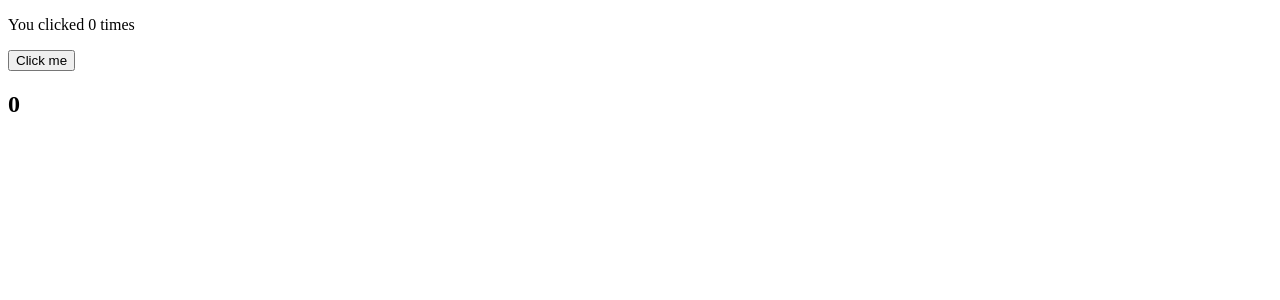
Repository: ArtemisWang/react-hooks
Page: /
An editor plug-in stored every save of this project. The page is shown before and after the next save, followed by the edit.
The browser window is 1280 px wide. The pictures show the whole page.
The project was rebuilt for these pictures with package versions that can differ from the ones it lists, and the page was loaded fresh each time.

Above is the page before, as saved 2020-02-21 20:21:42.

### src/index.js
import React from 'react';
import ReactDOM from 'react-dom';
import Example4 from './Example4'


ReactDOM.render(<Example4 />, document.getElementById('root'));

### src/Example4.js
import React, { useState, createContext, useContext } from 'react';

const CountContext=createContext()

function Counter(){
    let count= useContext(CountContext)
    return <h2>{count}</h2>
}

function Example4(){
    const [count, setCount]=useState(0) // 数组解构

    return (
        <div>
            <p>You clicked {count} times</p>
            <button onClick={()=>setCount(count+1)}>Click me</button>
            <CountContext.Provider value={count}>
                <Counter/>
            </CountContext.Provider>
        </div>
    )
}

export default Example4;

### src/Example5.js
import React, { useReducer } from 'react';

function ReducerDemo(){
    const [count, dispatch]=useReducer((state, action)=>{
        switch(action.type){
            case 'add':
                return state+1
            case 'sub':
                return state-1
            default:
                return state
        }
    },0)

    return (
    <div>
        <h2>现在的分数是{count}</h2>
        <button onClick={()=>{dispatch('add')}}>Increment</button>
        <button onClick={()=>{dispatch('sub')}}>Decrement</button>
    </div>
    )
}

export default ReducerDemo

Loaded but not shown: public/index.html (common file)

After the next save:
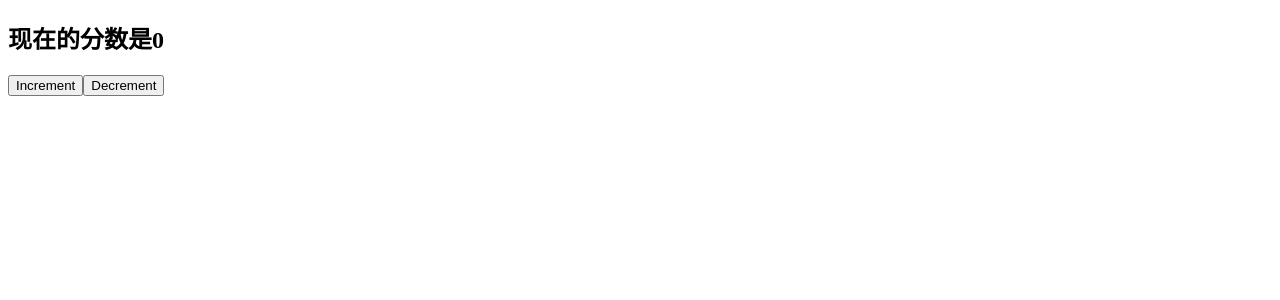
Saved 47 s later.
--- a/src/index.js
+++ b/src/index.js
@@ -1,6 +1,6 @@
 import React from 'react';
 import ReactDOM from 'react-dom';
-import Example4 from './Example4'
+import ReducerDemo from './Example5'
 
 
-ReactDOM.render(<Example4 />, document.getElementById('root'));
+ReactDOM.render(<ReducerDemo />, document.getElementById('root'));
